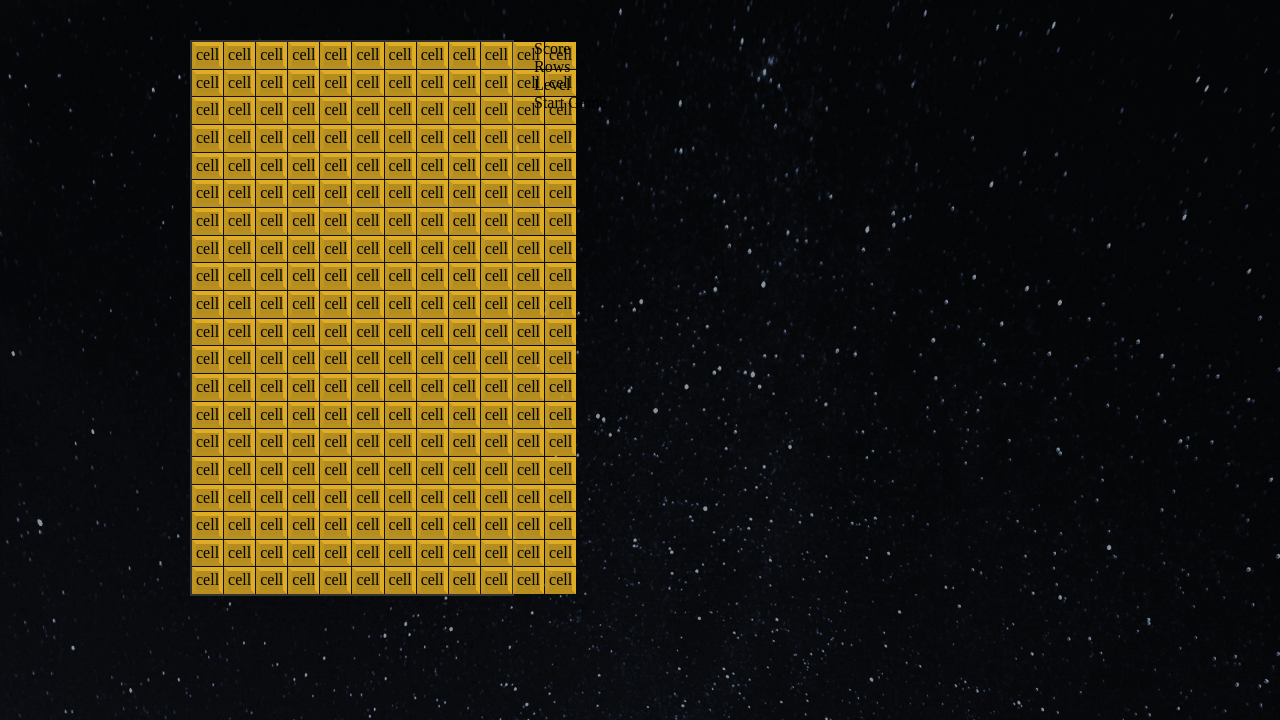
Repository: dpeshevski/reack-hooks-tetris
Page: /
The author's editor kept a copy of each file at every save. The page is drawn from the files as they stood at one save, then again after the next save.
The browser window is 1280 px wide. The pictures show the whole page.
The project was rebuilt for these pictures with package versions that can differ from the ones it lists, and the page was loaded fresh each time.

Above is the page before, as saved 2020-11-21 22:42:13.

### src/index.css
body {
  margin: 0;
}

@font-face {
  font-family: 'Pixel';
  src: url('font/Pixel-LCD-7.woff') format('woff');
}

### src/components/Tetris.js
import React from 'react';

import { createStage } from '../gameHelpers';
import { StyledTetrisWrapper, StyledTetris } from './styles/StyledTetris';
// Components
import Stage from './Stage';
import Display from './Display';
import StartButton from './StartButton';

const Tetris = () => {
  return (
    <StyledTetrisWrapper>
      <StyledTetris>
        <Stage stage={createStage()} />
        <aside>
          <div>
            <Display text="Score" />
            <Display text="Rows" />
            <Display text="Level" />
          </div>
          <StartButton />
        </aside>
      </StyledTetris>
    </StyledTetrisWrapper>
  )
};

export default Tetris;

### src/gameHelpers.js
export const STAGE_WIDTH = 12;
export const STAGE_HEIGHT = 20;

export const createStage = () =>
  Array.from(Array(STAGE_HEIGHT), () =>
    new Array(STAGE_WIDTH).fill([0, 'clear'])
  )

### src/components/styles/StyledTetris.js
import styled from 'styled-components';

import bgImage from '../../img/bg.png';

export const StyledTetrisWrapper = styled.div`
  width: 100vw;
  height: 100vh;
  background: url(${bgImage}) #000;
  background-size: cover;
  overflow: hidden;
`

export const StyledTetris = styled.div`
  display: flex;
  align-items: flex-start;
  padding: 40px;
  margin: 0 auto;
  max-width: 900px;
  aside {
    width: 100%;
    max-width: 200px;
    display: block;
    padding: 0 20px;
  }
`;

### src/components/Display.js
import React from 'react';

const Display = ({ gameOver, text }) => (
  <div>{text}</div>
);

export default Display;

### src/components/StartButton.js
import React from 'react';

const StartButton = ({ callback }) => (
  <div>Start Game</div>
);

export default StartButton;

### src/components/styles/StyledStage.js
import styled from 'styled-components';

export const StyledStage = styled.div`
  display: grid;
  grid-template-rows: repeat(${props => props.height}, calc(25vw / ${props => props.width}));
  grid-template-columns: repeat(${props => props.width}, 1fr);
  grid-gap: 1px;
  border: 2px solid #333;
  width: 100%;
  max-width: 25vw;
  background: #111;
`;

### src/components/Cell.js
import React from 'react';
import { StyledCell } from './styles/StyledCell';
import { TETROMINOS } from '../tetrominos';

const Cell = ({ type }) => (
  <StyledCell type={'L'} color={TETROMINOS['L'].color}>cell</StyledCell>
);

export default Cell;

### src/components/styles/StyledCell.js
import styled from 'styled-components';

export const StyledCell = styled.div`
  width: auto;
  background: rgba(${props => props.color}, 0.8);
  border: ${props => (props.type === 0 ? '0px solid' : '4px solid')};
  border-bottom-color: rgba(${props => props.color}, 0.1);
  border-right-color: rgba(${props => props.color}, 1);
  border-top-color: rgba(${props => props.color}, 1);
  border-left-color: rgba(${props => props.color}, 0.3);
`;

### src/tetrominos.js
export const TETROMINOS = {
  0: { shape: [[0]], color: '0, 0, 0' },
  I: {
    shape: [
      [0, 'I', 0, 0],
      [0, 'I', 0, 0],
      [0, 'I', 0, 0],
      [0, 'I', 0, 0]
    ],
    color: '80, 227, 230'
  },
  G: {
    shape: [
      [0, 'J', 0],
      [0, 'J', 0],
      ['J', 'J', 0]
    ],
    color: '36, 95, 223'
  },
  L: {
    shape: [
      [0, 'L', 0],
      [0, 'L', 0],
      [0, 'L', 'L']
    ],
    color: '223, 173, 36'
  },
  O: {
    shape: [
      ['O', 'O'],
      ['O', 'O'],
    ],
    color: '223, 217, 36'
  },
  S: {
    shape: [
      [0, 'S', 'S'],
      ['S', 'S', 0],
      [0, 0, 0]
    ],
    color: '48, 211, 56'
  },
  T: {
    shape: [
      [0, 0, 0],
      ['T', 'T', 'T'],
      [0, 'L', 0]
    ],
    color: '132, 61, 198'
  },
  Z: {
    shape: [
      ['Z', 'Z', 0],
      [0, 'Z', 'Z'],
      [0, 0, 0]
    ],
    color: '227, 78, 78'
  },
}

export const randomTetromino = () => {
  const tetrominos = 'IJLOSTZ';
  const randTetromino =
    tetrominos[Math.floor(Math.random() * tetrominos.length)];
  return TETROMINOS[randTetromino];
}

Loaded but not shown: public/index.html (common file); src/index.js (common file); src/App.js (common file); src/reportWebVitals.js (common file); src/components/Stage.js (common file)

After the next save:
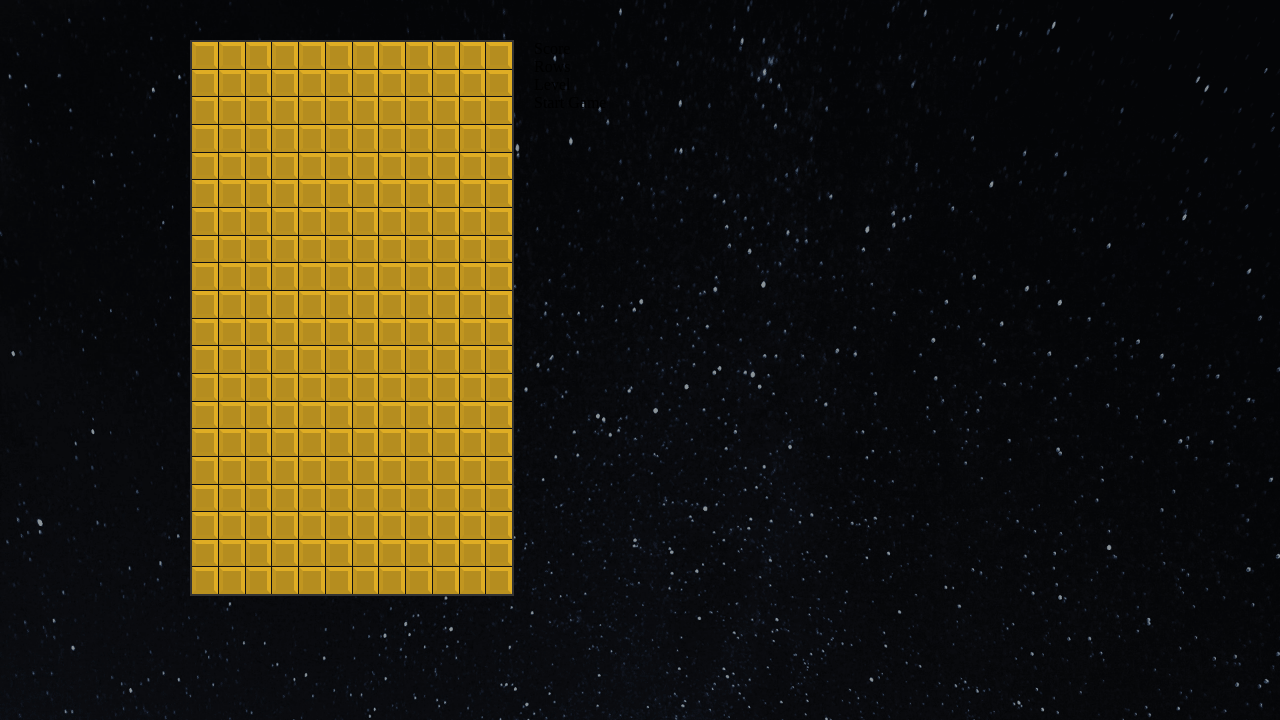
Saved 80 s later.
--- a/src/components/Cell.js
+++ b/src/components/Cell.js
@@ -3,7 +3,7 @@ import { StyledCell } from './styles/StyledCell';
 import { TETROMINOS } from '../tetrominos';
 
 const Cell = ({ type }) => (
-  <StyledCell type={'L'} color={TETROMINOS['L'].color}>cell</StyledCell>
+  <StyledCell type={'L'} color={TETROMINOS['L'].color}></StyledCell>
 );
 
 export default Cell;
